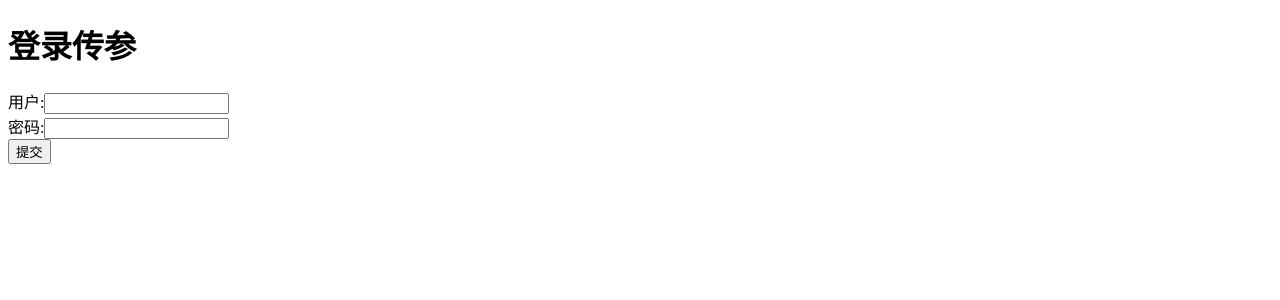
Repository: jionjion/JAVA_WorkSpace
Page: http://localhost/ServletClient/modules/jspBase/baseX_02.jsp
An editor plug-in stored every save of this project. The page is shown before and after a run of saves, followed by the edit.
The browser window is 1280 px wide. The pictures show the whole page.
The page is served by Tomcat 9.

Above is the page before, as saved 2017-07-11 12:20:29.

After the next 2 saves:
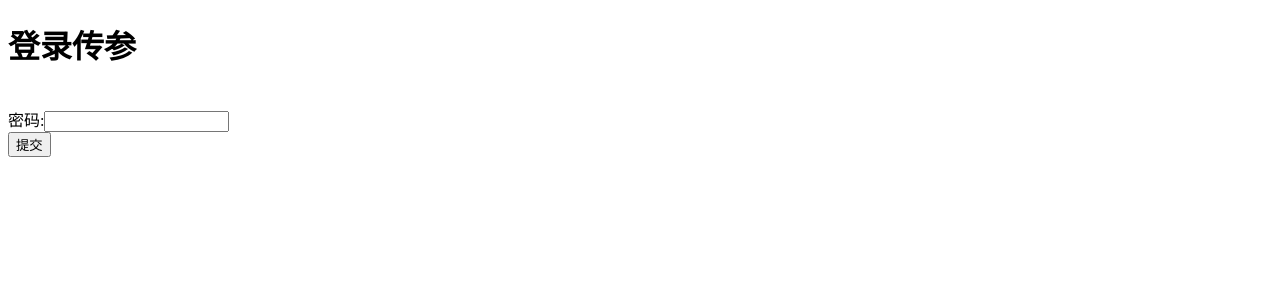
The 2 saves are shown as one change because they came seconds apart.
The last was saved 5 min 43 s later.
--- a/ServletClient/WebContent/modules/jspBase/baseX_02.jsp
+++ b/ServletClient/WebContent/modules/jspBase/baseX_02.jsp
@@ -13,7 +13,7 @@
 <body>
 
 	<h1>登录传参</h1>
-	<form action="">
+	<form action="<%=basePath %>"
 		用户:<input type="text"><br>
 		密码:<input type="password"><br>
 		<input type="submit" value="提交">

After the 2 saves that followed:
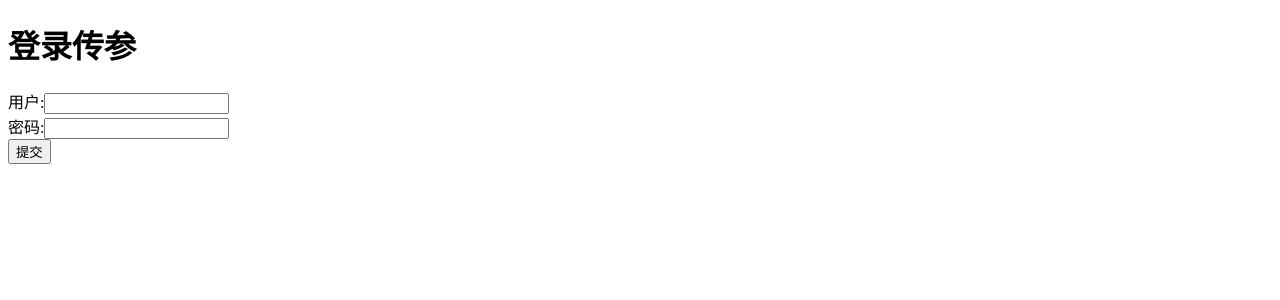
The 2 saves are shown as one change because they came seconds apart.
The last was saved 9 s later.
--- a/ServletClient/WebContent/modules/jspBase/baseX_02.jsp
+++ b/ServletClient/WebContent/modules/jspBase/baseX_02.jsp
@@ -13,7 +13,7 @@
 <body>
 
 	<h1>登录传参</h1>
-	<form action="<%=basePath %>"
+	<form action="<%=basePath %>">
 		用户:<input type="text"><br>
 		密码:<input type="password"><br>
 		<input type="submit" value="提交">
